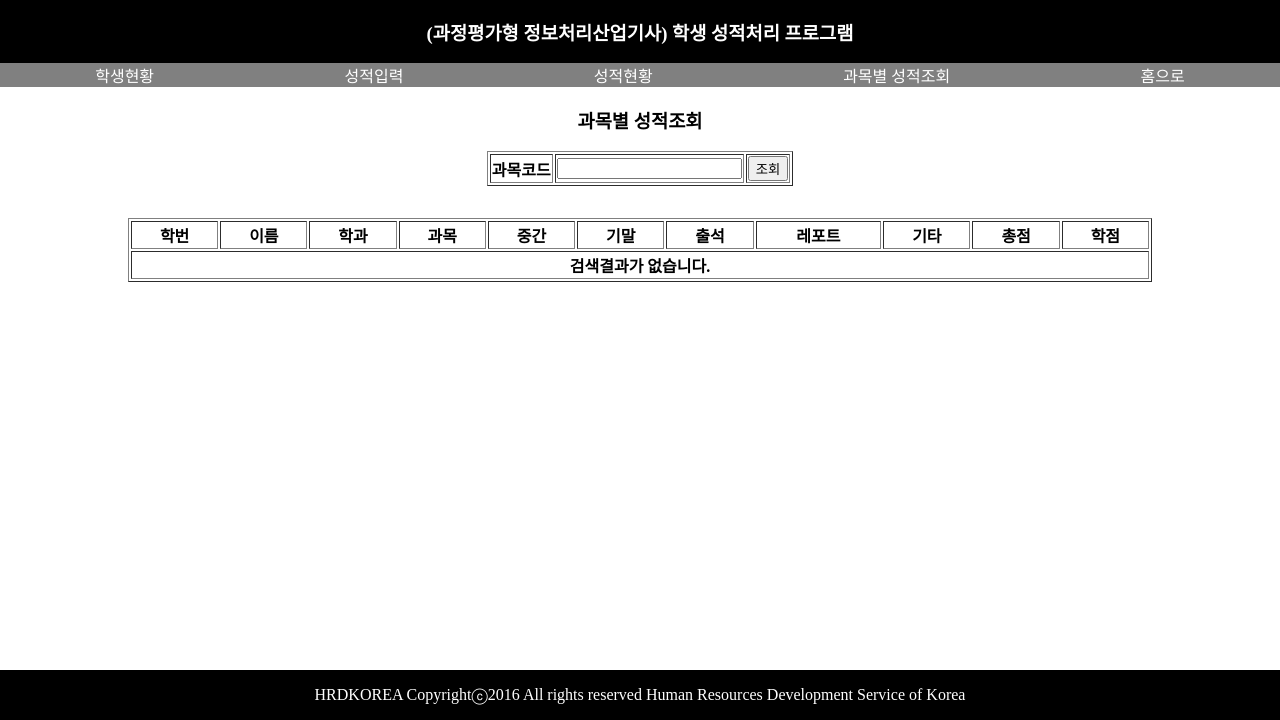
Repository: junjuny0227/jsp
Page: http://localhost/HRD_02/sub4.jsp
The author's editor kept a copy of each file at every save. The page is drawn from the files as they stood at one save, then again after the next save.
The browser window is 1280 px wide. The pictures show the whole page.
The page is served by Tomcat 9. Queries for data that is not in the repository find no rows.

Above is the page before, as saved 2025-05-09 10:33:38.

After the next save:
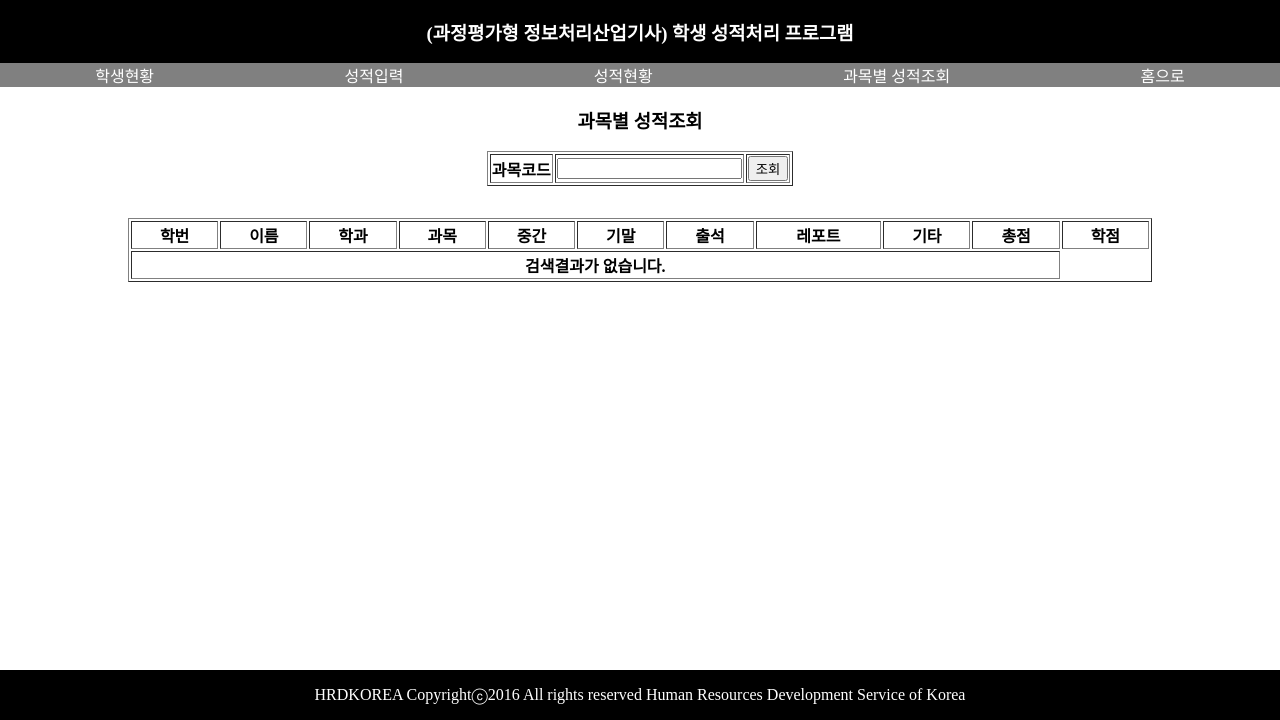
Saved 12 s later.
--- a/HRD_02/src/main/webapp/sub4.jsp
+++ b/HRD_02/src/main/webapp/sub4.jsp
@@ -68,7 +68,7 @@ List<SubjectDTO> list = dao.selectSub4(searchSubcode);
         </tr>
         <% if (list.size() == 0) { %>
         <tr>
-          <th colspan="11">검색결과가 없습니다.</th>
+          <th colspan="10">검색결과가 없습니다.</th>
         </tr>
         <% } else { %> <% for (SubjectDTO dto : list) { %>
         <tr align="center">
